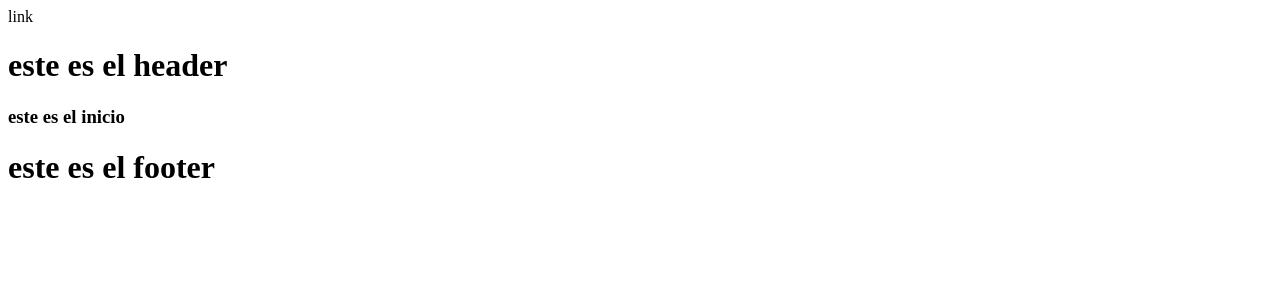
Repository: apolovip/proyecto
Page: http://localhost/
These files come from the project's save history. The page is drawn as it stood at one moment and after the next save; the edit follows.
The browser window is 1280 px wide. The pictures show the whole page.
The page is run by PHP 8.4 with error messages shown; the project is at /var/www/html/.

Above is the page before, as saved 2025-09-14 08:58:38.

### src/index.php
<?php

require_once "config/APP.php";
require_once "controller/vista_controller.php";

$controlador = new vista_controller();
$controlador->cargarVista();

//ejemplo iasjdijasdijiasjd

### src/config/APP.php
<?php

//constantes que se usan a lo largo del codigo

const NOMBRE = "PROYECTO";

//declarar variables aqui;

?>

### src/controller/vista_controller.php
<?php
require_once("model/vista_model.php"); //debe incluir el codigo del modelo

class vista_controller extends vista_model //extiende del modelo para usar sus metodos
{

    public function cargarVista() //funcion que carga la vista segun la url que se obtiene como parametro
    {
        if (isset($_GET["page"])) { //page es el parametro especificado en .htaccess
            $vista = self::obtenerVista($_GET["page"]); //se asigna esa url a vista si esta establecido
        } else {
            $vista = "inicio-view.php"; //se muestra el inicio si no esta establecido el parametro en la url
        }

        require("view/plantilla.php"); //se requiere la plantilla para poder mostrar esa vista
    }
}

### src/model/vista_model.php
<?php

class vista_model
{
    //metodo que obtiene la vista que se le asigna en $pagina
    protected static function obtenerVista($pagina) //recive una variable pagina
    {
        //lista de paginas del proyecto
        //index.php?page=inicio-sesion
        $paginas_existentes = ["inicio"]; //lista de paginas del proyecto

        if (!in_array($pagina, $paginas_existentes)) { //si no esta en el array entonces...
            return "404-view.php"; //pagina de 404
            exit();
        }

        return $pagina . "-view.php"; //retorna $pagina-view para ser abierta por el controlador si esa pagina existe en la lista
    }
}

### src/view/plantilla.php
<?php

session_start();

//inlcuir heaader, footer y demas elementos
include_once("assets/layouts/links.php");
include_once("assets/layouts/header.php");
include_once("html/" . $vista);
include_once("assets/layouts/footer.php");
include_once("assets/layouts/scripts.php");

### src/assets/layouts/links.php
<!DOCTYPE html>
<html lang="en">

<head>
    <meta charset="UTF-8">
    <meta name="viewport" content="width=device-width, initial-scale=1.0">
    <title><?php echo NOMBRE; ?></title>
    <!--cargar css-->
    link
    <script src="https://cdn.jsdelivr.net/npm/bootstrap@5.3.8/dist/js/bootstrap.bundle.min.js" integrity="sha384-FKyoEForCGlyvwx9Hj09JcYn3nv7wiPVlz7YYwJrWVcXK/BmnVDxM+D2scQbITxI" crossorigin="anonymous"></script>
</head>

<body>

### src/assets/layouts/header.php
<header>
    <h1>este es el header</h1>
</header>

### src/view/html/inicio-view.php
<h3>este es el inicio</h3>

### src/assets/layouts/footer.php
<footer>
    <h1>este es el footer</h1>
</footer>

### src/assets/layouts/scripts.php
</body>

<!--cargar scripts-->

</html>

### src/view/html/404-view.php
<h1>pagina no existente</h1>

After the next save:
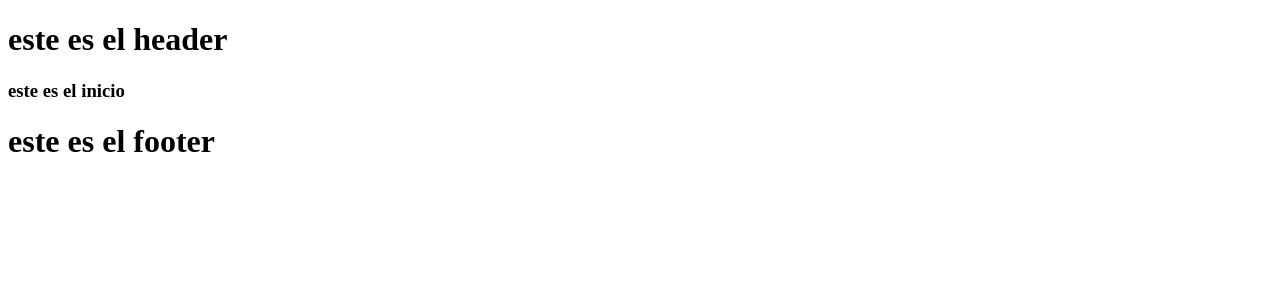
Saved 4 s later.
--- a/src/assets/layouts/links.php
+++ b/src/assets/layouts/links.php
@@ -6,7 +6,7 @@
     <meta name="viewport" content="width=device-width, initial-scale=1.0">
     <title><?php echo NOMBRE; ?></title>
     <!--cargar css-->
-    link
+    <link rel="stylesheet" href="style.css">
     <script src="https://cdn.jsdelivr.net/npm/bootstrap@5.3.8/dist/js/bootstrap.bundle.min.js" integrity="sha384-FKyoEForCGlyvwx9Hj09JcYn3nv7wiPVlz7YYwJrWVcXK/BmnVDxM+D2scQbITxI" crossorigin="anonymous"></script>
 </head>
 
